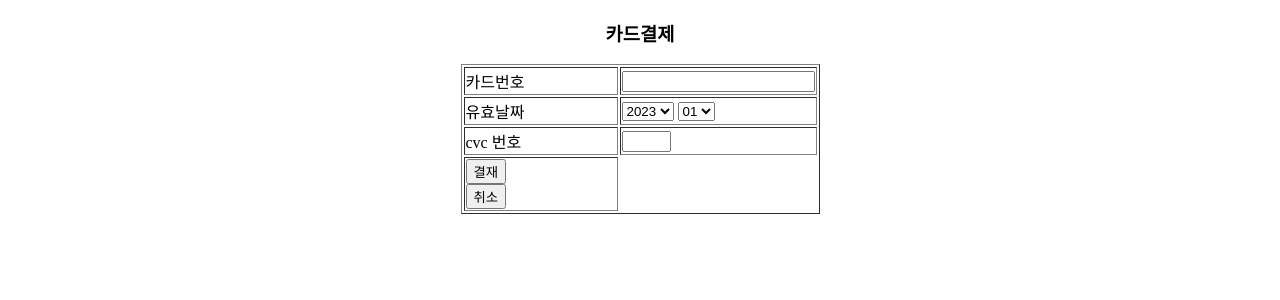
Repository: Juseong-Bang/jspWebProject
Page: http://localhost/FilmBooking/card.jsp
These files come from the project's save history. The page is drawn as it stood at one moment and after the next save; the edit follows.
The browser window is 1280 px wide. The pictures show the whole page.
The page is served by Tomcat 9.

Above is the page before, as saved 2017-12-02 08:50:55.

After the next save:
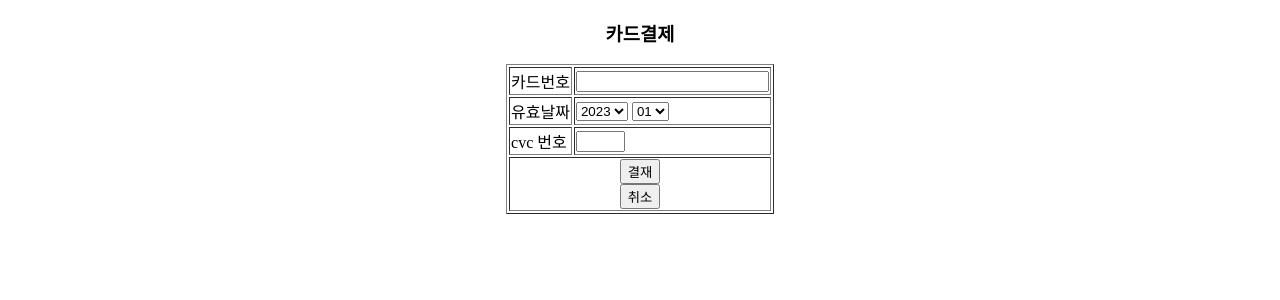
Saved 97 s later.
--- a/FilmBooking/WebContent/card.jsp
+++ b/FilmBooking/WebContent/card.jsp
@@ -44,7 +44,7 @@
 				<td><input type="password" size=3 name=cvc /></td>
 			</tr>
 			<tr>
-				<td  width=150>
+				<td colspan=2 align="center" width=150>
 					<form method="post" action="control.jsp">
 						<input type="submit" value="결재" /> <input type="hidden"
 							name="action" value="resv" /> <input type="hidden" name="oper"
